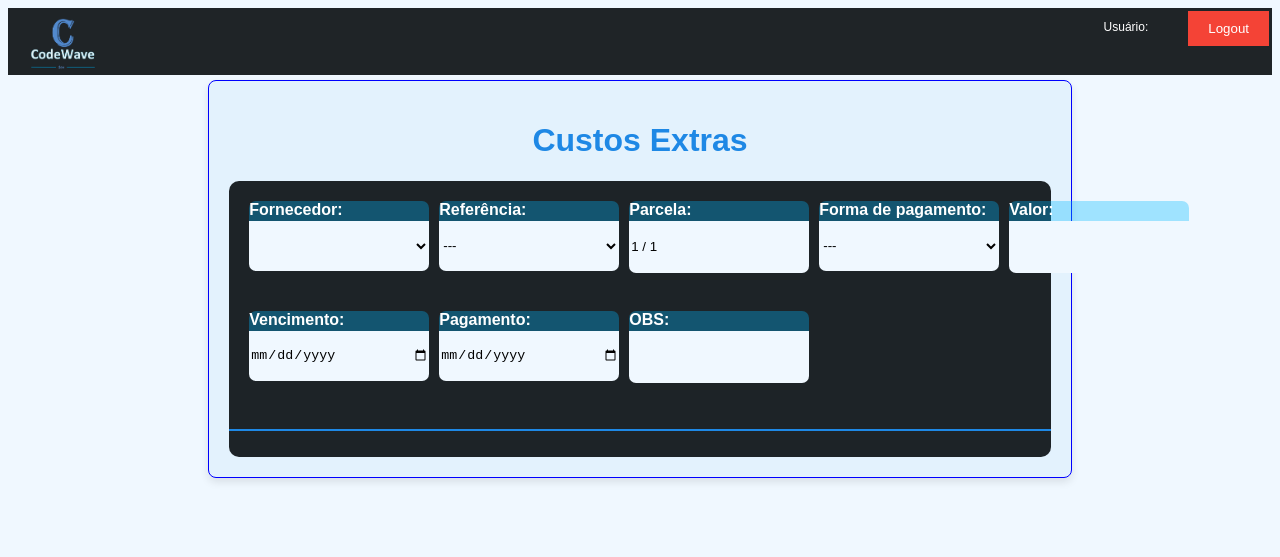
Repository: Romario-Brandao/CodeWave
Page: myproject/loja/templates/outras_despesas.html
The author's editor kept a copy of each file at every save. The page is drawn from the files as they stood at one save, then again after the next save.
The browser window is 1280 px wide. The pictures show the whole page.
The template is drawn by Django 5.2. The application's start-up code is not run. The template is opened directly, without the code that normally fills it, so the values that code supplies are empty.

Above is the page before, as saved 2025-03-01 01:26:48.

After the next save:
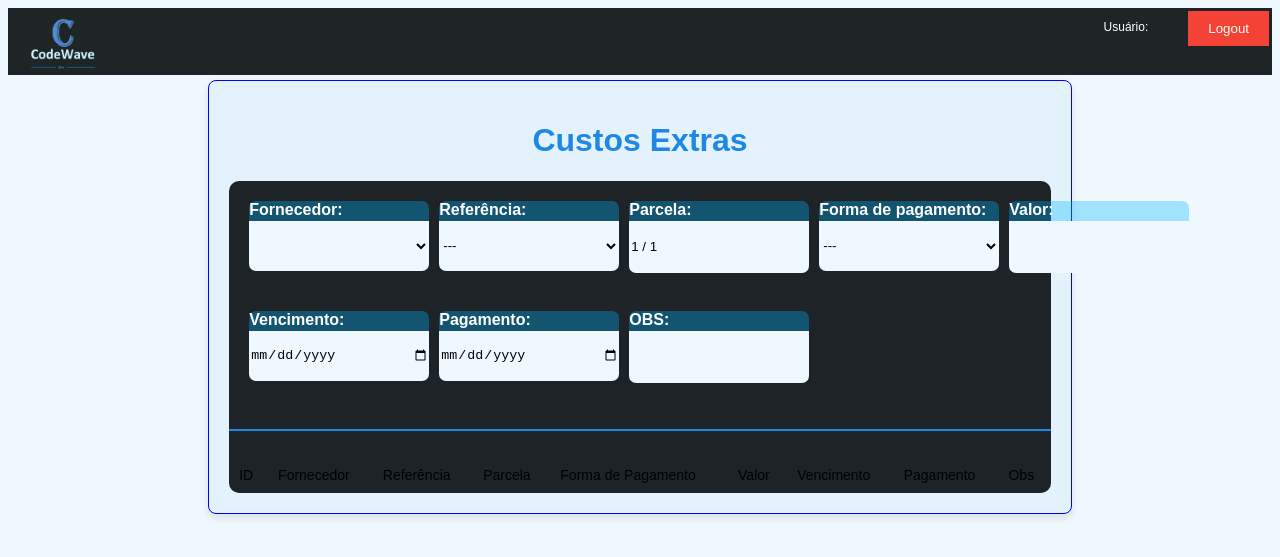
Saved 110 s later.
--- a/myproject/loja/templates/outras_despesas.html
+++ b/myproject/loja/templates/outras_despesas.html
@@ -63,7 +63,21 @@
   </div>
   <hr>
   <br>
-
+  <table>
+    <tbody>
+      <tr>
+        <td>ID</td>
+        <td>Fornecedor</td>
+        <td>Referência</td>
+        <td>Parcela</td>
+        <td>Forma de Pagamento</td>
+        <td>Valor</td>
+        <td>Vencimento</td>
+        <td>Pagamento</td>
+        <td>Obs</td>
+      </tr>
+    </tbody>
+  </table>
 </div>
 
 
